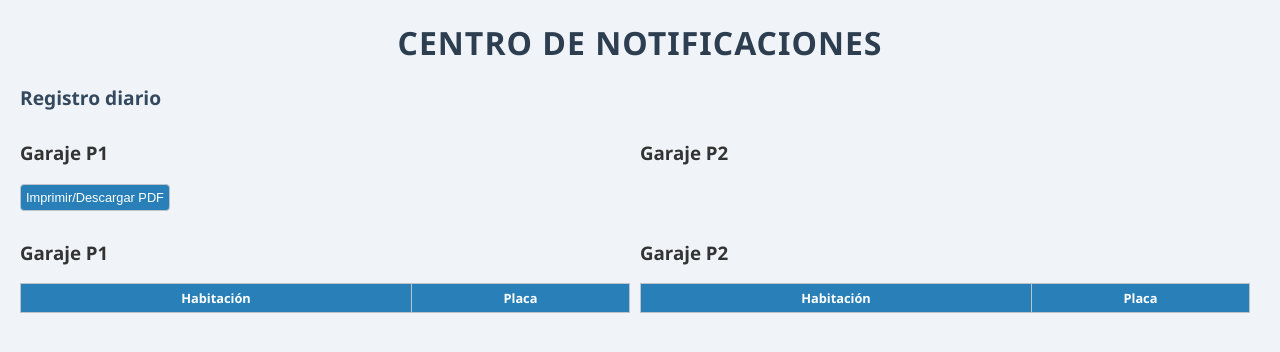
Repository: EddyWebz/REPOSITORIO-BASE-DATOS
Page: privado/report.html
These files come from the project's save history. The page is drawn as it stood at one moment and after the next save; the edit follows.
The browser window is 1280 px wide. The pictures show the whole page.
The page's requests for data from a server got no answer.

Above is the page before, as saved 2024-08-15 18:19:13.

After the next save:
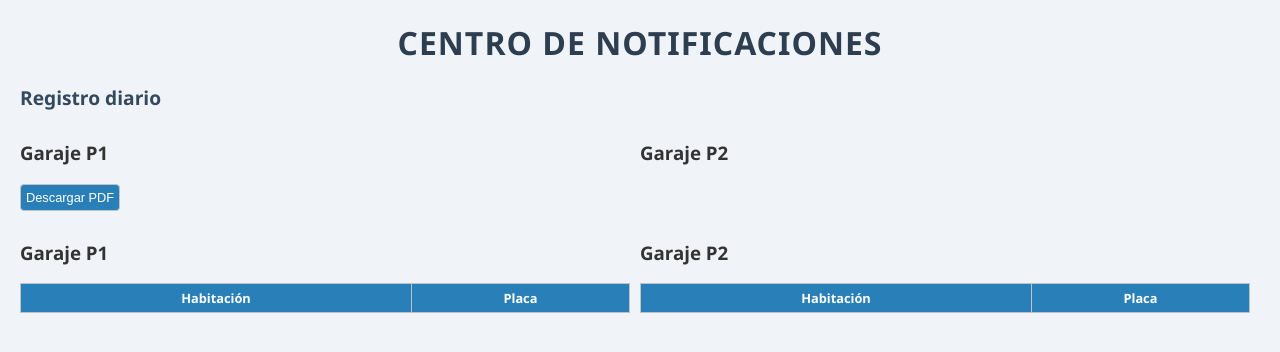
Saved 6 min 0 s later.
--- a/privado/report.html
+++ b/privado/report.html
@@ -35,7 +35,7 @@
     <!-- Sección de Reportes -->
         <form id="form-reporte">
             <!-- Botón de Imprimir -->
-            <button type="button" id="btn-imprimir">Imprimir/Descargar PDF</button>
+            <button type="button" id="btn-imprimir">Descargar PDF</button>
         </form>
 
         <div class="reportes-garajes">
